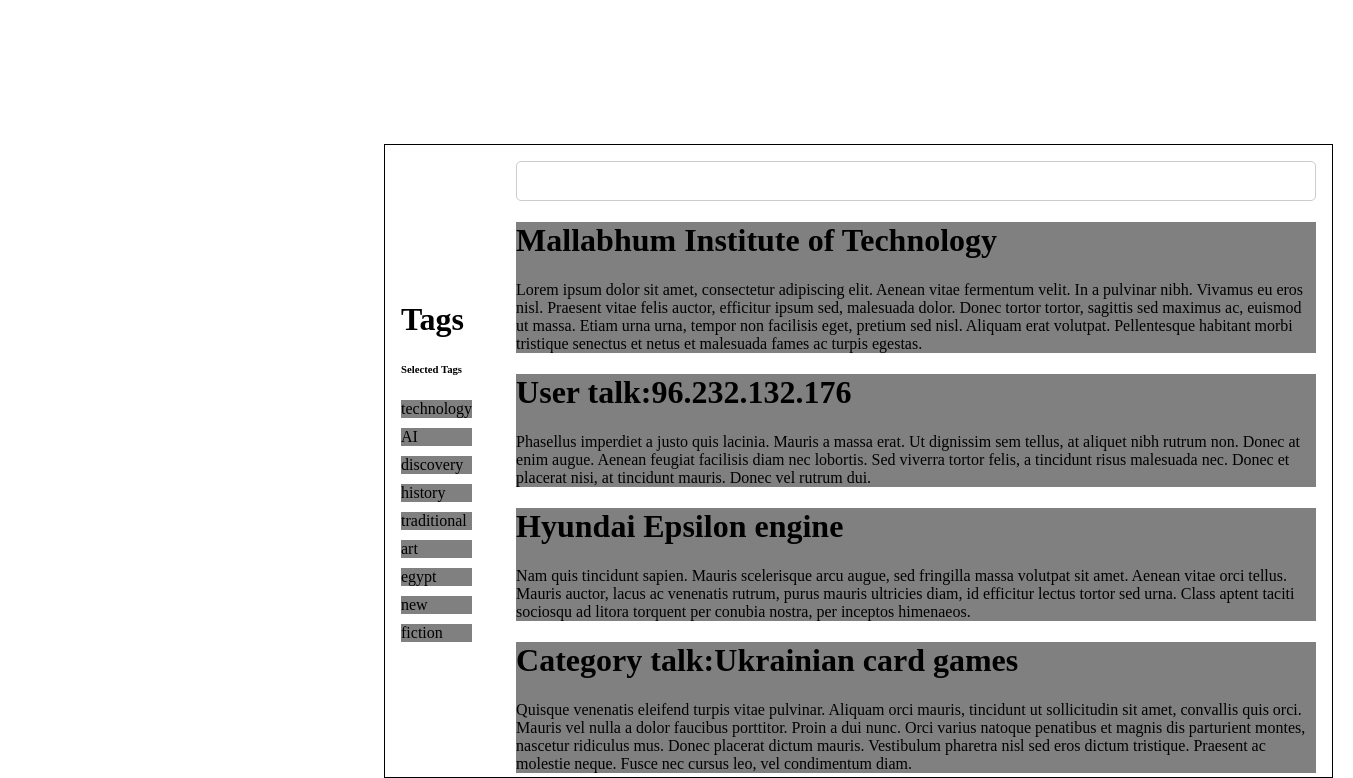
Repository: KelaiAffaf/bridger
Page: /
These files come from the project's save history. The page is drawn as it stood at one moment and after a run of saves; the edit follows.
The browser window is 1280 px wide. The page is 1333 px wide, then 1353 px, so the pictures cover 1353 px, including what lies to the right of the window. The pictures show the whole page.
The project was rebuilt for these pictures with package versions that can differ from the ones it lists, and the page was loaded fresh each time. Also part of the build but not shown: vite.config.js.

Above is the page before, as saved 2023-06-08 11:36:18.

After the next 5 saves:
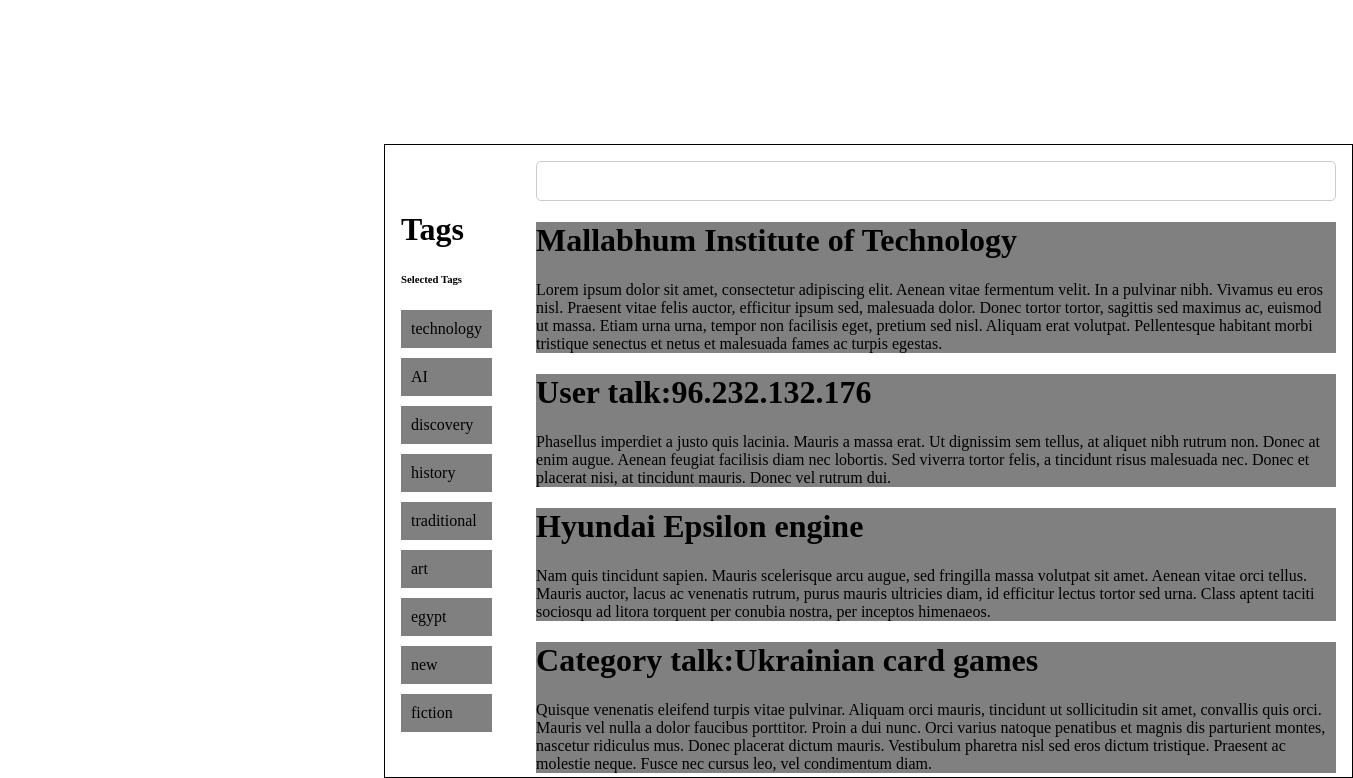
The 5 saves are shown as one change because they came seconds apart.
The last was saved 11 s later.
--- a/src/NewComponents/Tag.jsx
+++ b/src/NewComponents/Tag.jsx
@@ -17,6 +17,7 @@
       style={{
         borderRedius: '5px',
         backgroundColor: 'grey',
+        padding: '10px',
       }}
       key={index} >
         {ele}
